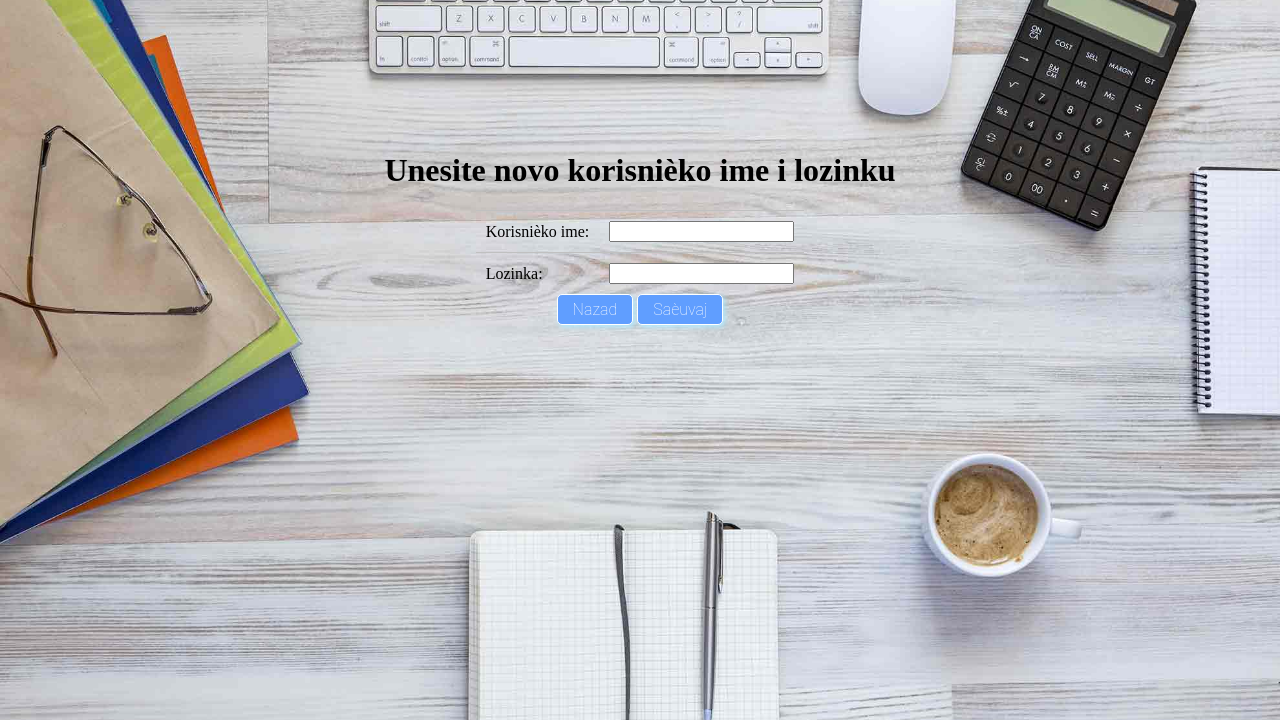
Repository: KristijanPetkovic/java-applet-video-library
Page: Projekti/www.videoteka.com/WebContent/noviKorisnik.html
These files come from the project's save history. The page is drawn as it stood at one moment and after the next save; the edit follows.
The browser window is 1280 px wide. The pictures show the whole page.

Above is the page before, as saved 2019-01-11 23:05:01.

After the next save:
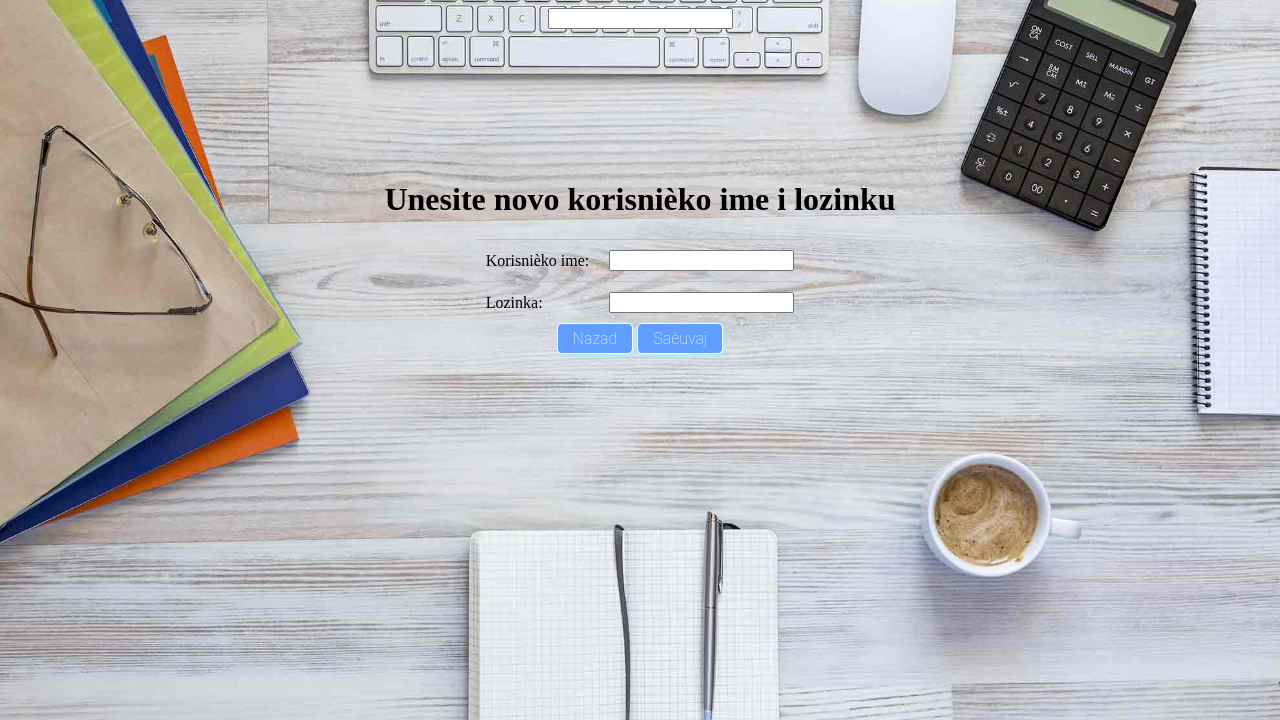
Saved 88 s later.
--- a/Projekti/www.videoteka.com/WebContent/noviKorisnik.html
+++ b/Projekti/www.videoteka.com/WebContent/noviKorisnik.html
@@ -5,6 +5,7 @@
 		<link rel="stylesheet" type="text/css" href="./css/logovanje.css" >
 	</head>
 	<body>
+	<input name="greska" id="greska" type="text">
 		<h1 id="naslov">Unesite novo korisnièko ime i lozinku</h1>
 		<form action="NoviKorisnikServlet" method="post">
 			<table class="center" cellpadding="15px">
